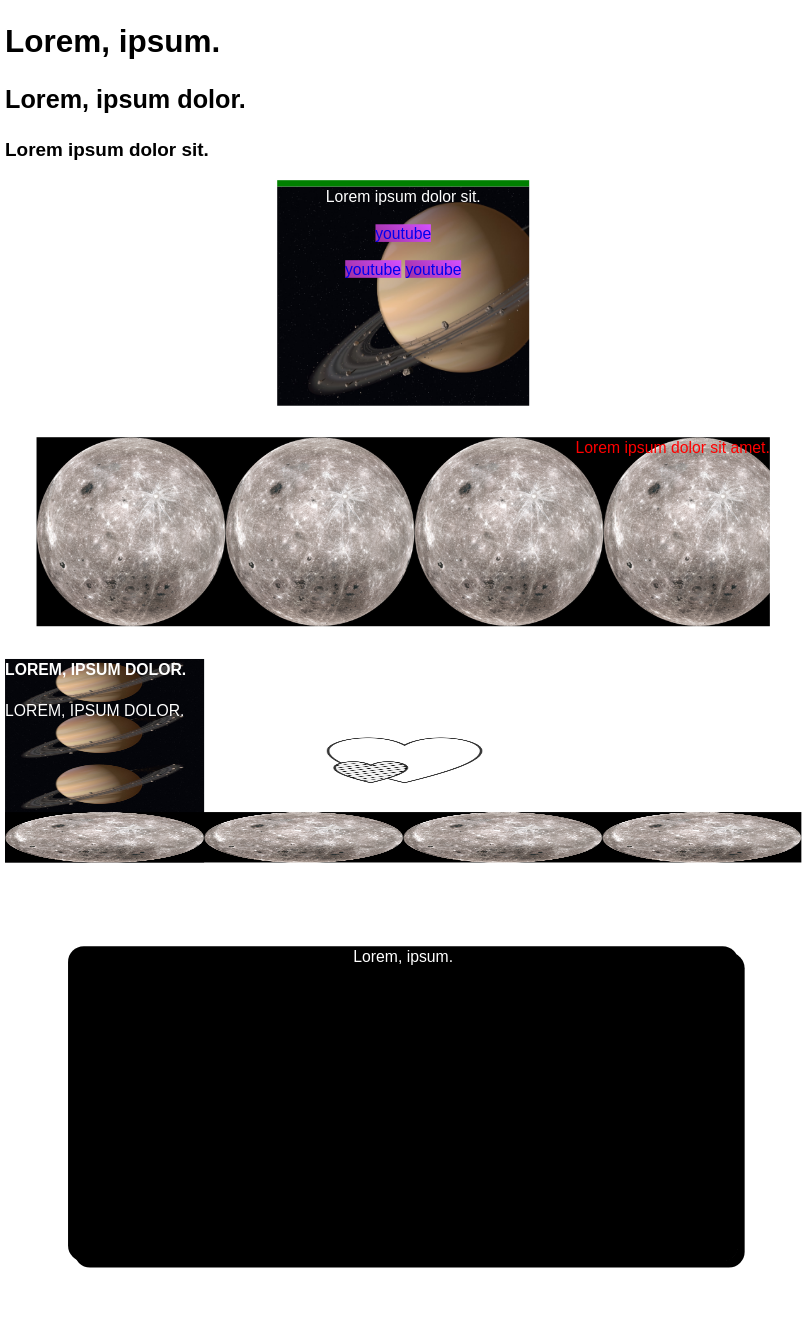
Repository: aSSasdy/assasdy.github.io
Page: index.html
An editor plug-in stored every save of this project. The page is shown before and after the next save, followed by the edit.
The browser window is 1280 px wide. The pictures show the whole page, at 63% of full size.

Above is the page before, as saved 2021-11-29 17:33:25.

After the next save:
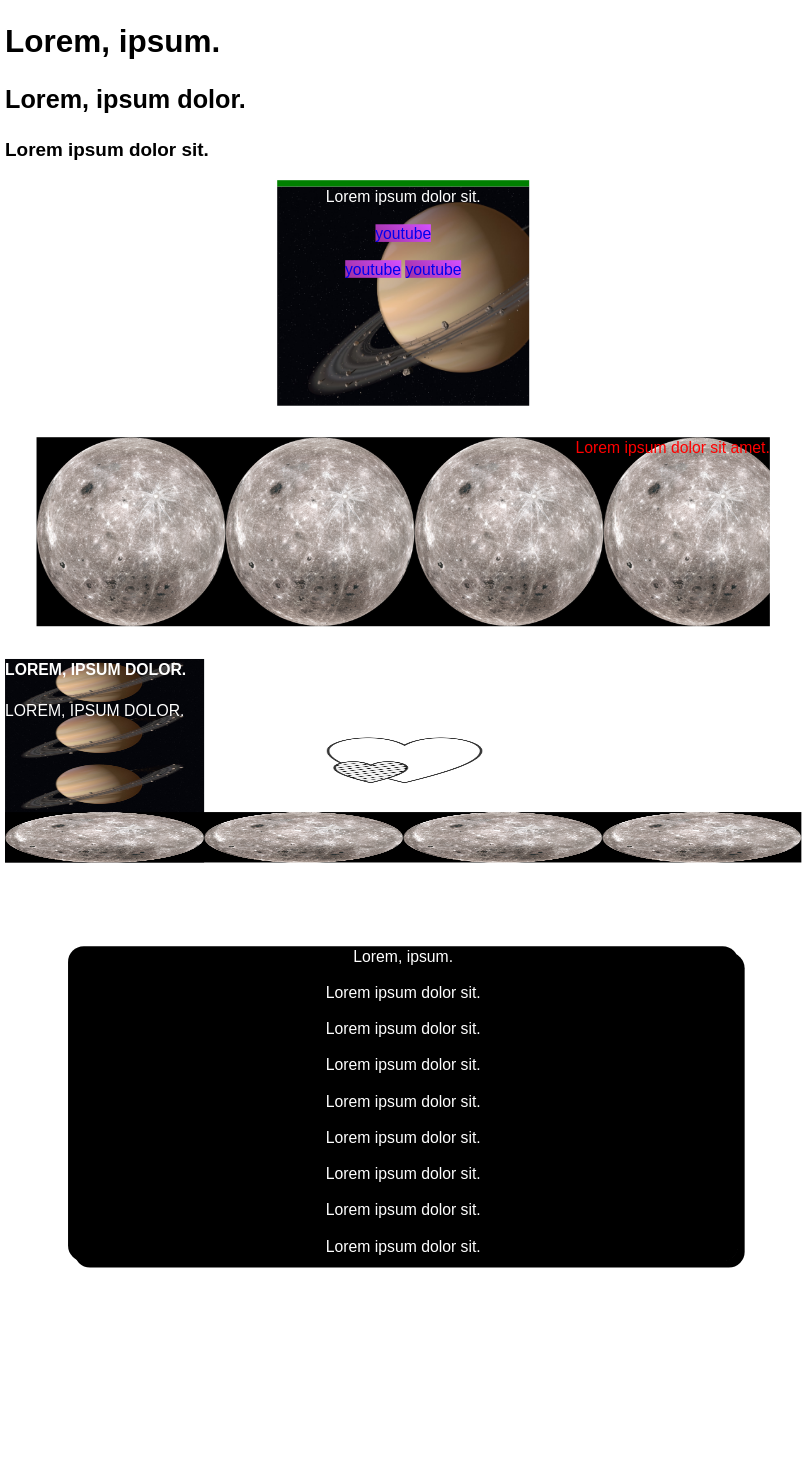
Saved 61 s later.
--- a/index.html
+++ b/index.html
@@ -22,6 +22,21 @@
         <p>Lorem, ipsum dolor.</p>
     </div>
     <br>
-    <div class="box-1">Lorem, ipsum.</div>
+    <div class="box-1">Lorem, ipsum.
+        <p>Lorem ipsum dolor sit.</p>
+        <p>Lorem ipsum dolor sit.</p>
+        <p>Lorem ipsum dolor sit.</p>
+        <p>Lorem ipsum dolor sit.</p>
+        <p>Lorem ipsum dolor sit.</p>
+        <p>Lorem ipsum dolor sit.</p>
+        <p>Lorem ipsum dolor sit.</p>
+        <p>Lorem ipsum dolor sit.</p>
+        <p>Lorem ipsum dolor sit.</p>
+        <p>Lorem ipsum dolor sit.</p>
+        <p>Lorem ipsum dolor sit.</p>
+        <p>Lorem ipsum dolor sit.</p>
+        <p>Lorem ipsum dolor sit.</p>
+        <p>Lorem ipsum dolor sit.</p>
+    </div>
 </body>
 </html>
